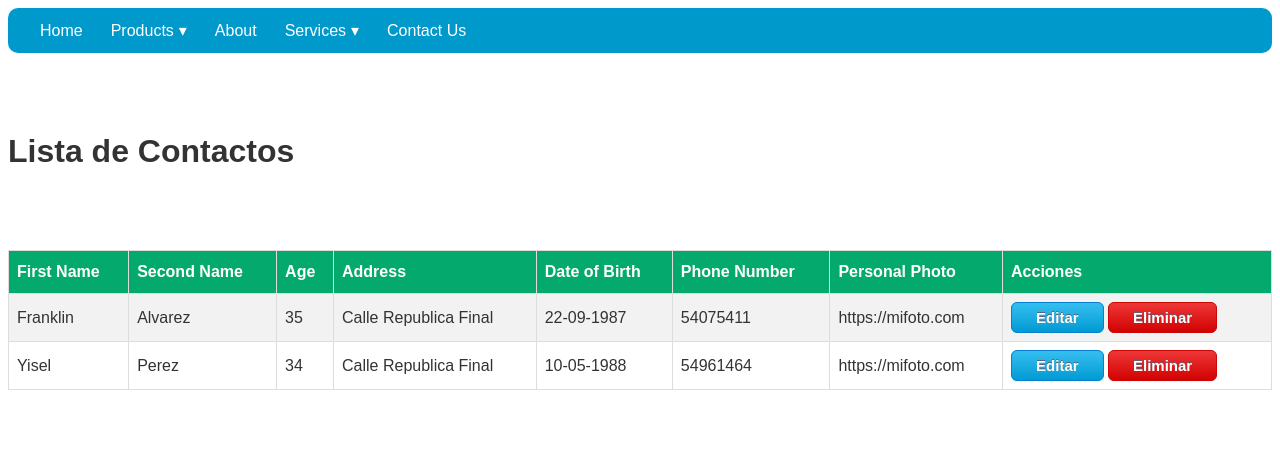
Repository: fgala1619/frontSistGestionBank
Page: index.html
These files come from the project's save history. The page is drawn as it stood at one moment and after the next save; the edit follows.
The browser window is 1280 px wide. The pictures show the whole page.

Above is the page before, as saved 2023-07-26 13:08:18.

### index.html
<link rel="stylesheet" href="style.css" />
<link rel="stylesheet" href="menu.css" />

<nav id='menu'>
  <input type='checkbox' id='responsive-menu' onclick='updatemenu()'><label></label>
  <ul>
    <li><a href='http://'>Home</a></li>
    <li><a class='dropdown-arrow' href='http://'>Products</a>
      <ul class='sub-menus'>
        <li><a href='http://'>Products 1</a></li>
        <li><a href='http://'>Products 2</a></li>
        <li><a href='http://'>Products 3</a></li>
        <li><a href='http://'>Products 4</a></li>
      </ul>
    </li>
    <li><a href='http://'>About</a></li>
    <li><a class='dropdown-arrow' href='http://'>Services</a>
      <ul class='sub-menus'>
        <li><a href='http://'>Services 1</a></li>
        <li><a href='http://'>Services 2</a></li>
        <li><a href='http://'>Services 3</a></li>
      </ul>
    </li>
    <li><a href='http://'>Contact Us</a></li>
  </ul>
</nav>




<h1>Lista de Contactos</h1>

<table id="customers">
    <tr>
        <th>First Name</th>
        <th>Second Name</th>
        <th>Age</th>
        <th>Address</th>
        <th>Date of Birth</th>
        <th>Phone Number</th>
        <th>Personal Photo</th>
        <th>Acciones</th>
    </tr>

    <tr>
        <td>Franklin</td>
        <td>Alvarez</td>
        <td>35</td>
        <td>Calle Republica Final</td>
        <td>22-09-1987</td>
        <td>54075411</td>
        <td>https://mifoto.com</td>
        <td>
            <a href="#" class="myButton">Editar</a>
            <a href="#" class="btnDelete">Eliminar</a>
        </td>
    </tr>

    <tr>
        <td>Yisel</td>
        <td>Perez</td>
        <td>34</td>
        <td>Calle Republica Final</td>
        <td>10-05-1988</td>
        <td>54961464</td>
        <td>https://mifoto.com</td>
        <td>
            <a href="#" class="myButton">Editar</a>
            <a href="#" class="btnDelete">Eliminar</a>
        </td>
    </tr>
</table>


<!-- Modal -->
<div class="modale" aria-hidden="true">
  <div class="modal-dialog">
    <div class="modal-header">
      <h2>Please Login</h2>
      <a href="#" class="btn-close closemodale" aria-hidden="true">&times;</a>
    </div>
    <div class="modal-body">
      <input type="text" name="u" placeholder="User" size="20" /><br>
      <input type="text" name="p" placeholder="&bull;&bull;&bull;&bull;" size="20" /></div>
    <div class="modal-footer">


      <a href="#" class="btn" id="btn_ingresar">Login</a>
    </div>
  </div>
</div>
<!-- /Modal -->

### style.css
#customers {
        font-family: Arial, Helvetica, sans-serif;
        border-collapse: collapse;
        width: 100%;
    }

    #customers td, #customers th {
        border: 1px solid #ddd;
        padding: 8px;
    }

    #customers tr:nth-child(even){background-color: #f2f2f2;}
    #customers tr:hover{background-color:#ddd;}

    #customers th{
        padding-top: 12px;
        padding-bottom: 12px;
        text-align: left;
        background-color: #04AA6D;
        color: white;
    }

    .myButton{
        box-shadow: 0px 1px 0px 0px #f0f7fa;
        background: linear-gradient(to bottom, #33bdef 5%, #019ad2 100%);
        background-color:#33bdef;
        border-radius: 6px;
        border: 1px solid #057fd0;
        display: inline-block;
        cursor: pointer;
        color: #ffffff;
        font-family: Arial;
        font-size: 15px;
        font-weight: bold;
        padding: 6px 24px;
        text-decoration: none;
        text-shadow: 0px -1px 0px #5b6178;
    }
    .myButton:hover{
        background: linear-gradient(to bottom, #019ad2 5%, #33bdef 100%);
        background-color:#019ad2;
    }
    .myButton:active{
        position: relative;
        top: 1px;
    }

    .btnDelete{
        box-shadow: 0px 1px 0px 0px #f0f7fa;
        background: linear-gradient(to bottom, #ed3434 5%, #d10202 100%);
        background-color:#ed3434;
        border-radius: 6px;
        border: 1px solid #cf0606;
        display: inline-block;
        cursor: pointer;
        color: #ffffff;
        font-family: Arial;
        font-size: 15px;
        font-weight: bold;
        padding: 6px 24px;
        text-decoration: none;
        text-shadow: 0px -1px 0px #5b6178;
    }
    .btnDelete:hover{
        background: linear-gradient(to bottom, #d10202 5%, #ed3434 100%);
        background-color:#d10202;
    }
    .btnDelete:active{
        position: relative;
        top: 1px;
    }






    body{
  font-family:sans-serif;
  color:#333;
}
h1{
  margin:80px 0
}
.btn {
  background: #428bca;
  border: #357ebd solid 0px;
  border-radius: 3px;
  color: #fff;
  display: inline-block;
  font-size: 14px;
  padding: 8px 15px;
  text-decoration: none;
  text-align: center;
  min-width: 60px;
  position: relative;
  transition: color .1s ease;
}
.btn:hover {
  background: #357ebd;
}
.btn.btn-big {
  font-size: 18px;
  padding: 15px 20px;
  min-width: 100px;
}
.btn-close {
  color: #aaaaaa;
  font-size: 20px;
  text-decoration: none;
  padding:10px;
  position: absolute;
  right: 7px;
  top: 0;
}
.btn-close:hover {
  color: #919191;
}
.modale:before {
  content: "";
  display: none;
  background: rgba(0, 0, 0, 0.6);
  position: fixed;
  top: 0;
  left: 0;
  right: 0;
  bottom: 0;
  z-index: 10;
}
.opened:before {
  display: block;
}
.opened .modal-dialog {
  -webkit-transform: translate(0, 0);
  -ms-transform: translate(0, 0);
  transform: translate(0, 0);
  top: 20%;
}
.modal-dialog {
  background: #fefefe;
  border: #333333 solid 0px;
  border-radius: 5px;
  margin-left: -200px;
  text-align:center;
  position: fixed;
  left: 50%;
  top: -100%;
  z-index: 11;
  width: 360px;
  box-shadow:0 5px 10px rgba(0,0,0,0.3);
  -webkit-transform: translate(0, -500%);
  -ms-transform: translate(0, -500%);
  transform: translate(0, -500%);
  -webkit-transition: -webkit-transform 0.3s ease-out;
  -moz-transition: -moz-transform 0.3s ease-out;
  -o-transition: -o-transform 0.3s ease-out;
  transition: transform 0.3s ease-out;
}
.modal-body {
  padding: 20px;
}
.modal-body input{
  width:200px;
  padding:8px;
  border:1px solid #ddd;
  color:#888;
  outline:0;
  font-size:14px;
  font-weight:bold
}
.modal-header,
.modal-footer {
  padding: 10px 20px;
}
.modal-header {
  border-bottom: #eeeeee solid 1px;
}
.modal-header h2 {
  font-size: 20px;
}

### menu.css
#menu {
	background: #0099CC;
	color: #FFF;
	height: 45px;
	padding-left: 18px;
	border-radius: 10px;
}
#menu ul, #menu li {
	margin: 0 auto;
	padding: 0;
	list-style: none
}
#menu ul {
	width: 100%;
}
#menu li {
	float: left;
	display: inline;
	position: relative;
}
#menu a {
	display: block;
	line-height: 45px;
	padding: 0 14px;
	text-decoration: none;
	color: #FFFFFF;
	font-size: 16px;
}
#menu a.dropdown-arrow:after {
	content: "\25BE";
	margin-left: 5px;
}
#menu li a:hover {
	color: #0099CC;
	background: #F2F2F2;
}
#menu input {
	display: none;
	margin: 0;
	padding: 0;
	height: 45px;
	width: 100%;
	opacity: 0;
	cursor: pointer
}
#menu label {
	display: none;
	line-height: 45px;
	text-align: center;
	position: absolute;
	left: 35px
}
#menu label:before {
	font-size: 1.6em;
	content: "\2261";
	margin-left: 20px;
}
#menu ul.sub-menus{
	height: auto;
	overflow: hidden;
	width: 170px;
	background: #444444;
	position: absolute;
	z-index: 99;
	display: none;
}
#menu ul.sub-menus li {
	display: block;
	width: 100%;
}
#menu ul.sub-menus a {
	color: #FFFFFF;
	font-size: 16px;
}
#menu li:hover ul.sub-menus {
	display: block
}
#menu ul.sub-menus a:hover{
	background: #F2F2F2;
	color: #444444;
}
@media screen and (max-width: 800px){
	#menu {position:relative}
	#menu ul {background:#111;position:absolute;top:100%;right:0;left:0;z-index:3;height:auto;display:none}
	#menu ul.sub-menus {width:100%;position:static;}
	#menu ul.sub-menus a {padding-left:30px;}
	#menu li {display:block;float:none;width:auto;}
	#menu input, #menu label {position:absolute;top:0;left:0;display:block}
	#menu input {z-index:4}
	#menu input:checked + label {color:white}
	#menu input:checked + label:before {content:"\00d7"}
	#menu input:checked ~ ul {display:block}
}

After the next save:
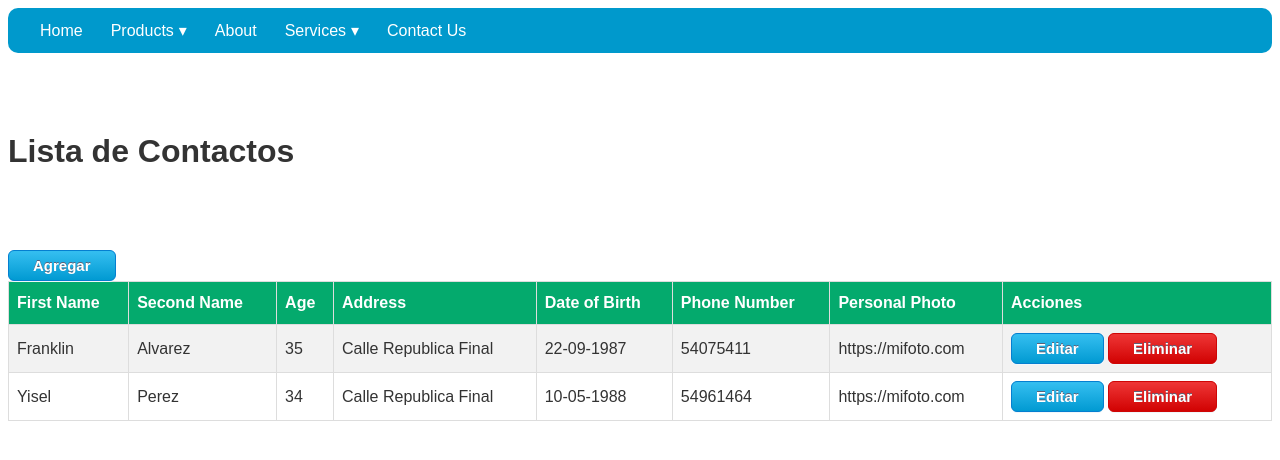
Saved 61 s later.
--- a/index.html
+++ b/index.html
@@ -29,6 +29,8 @@
 
 
 <h1>Lista de Contactos</h1>
+
+<a href="#" class="myButton">Agregar</a>
 
 <table id="customers">
     <tr>
